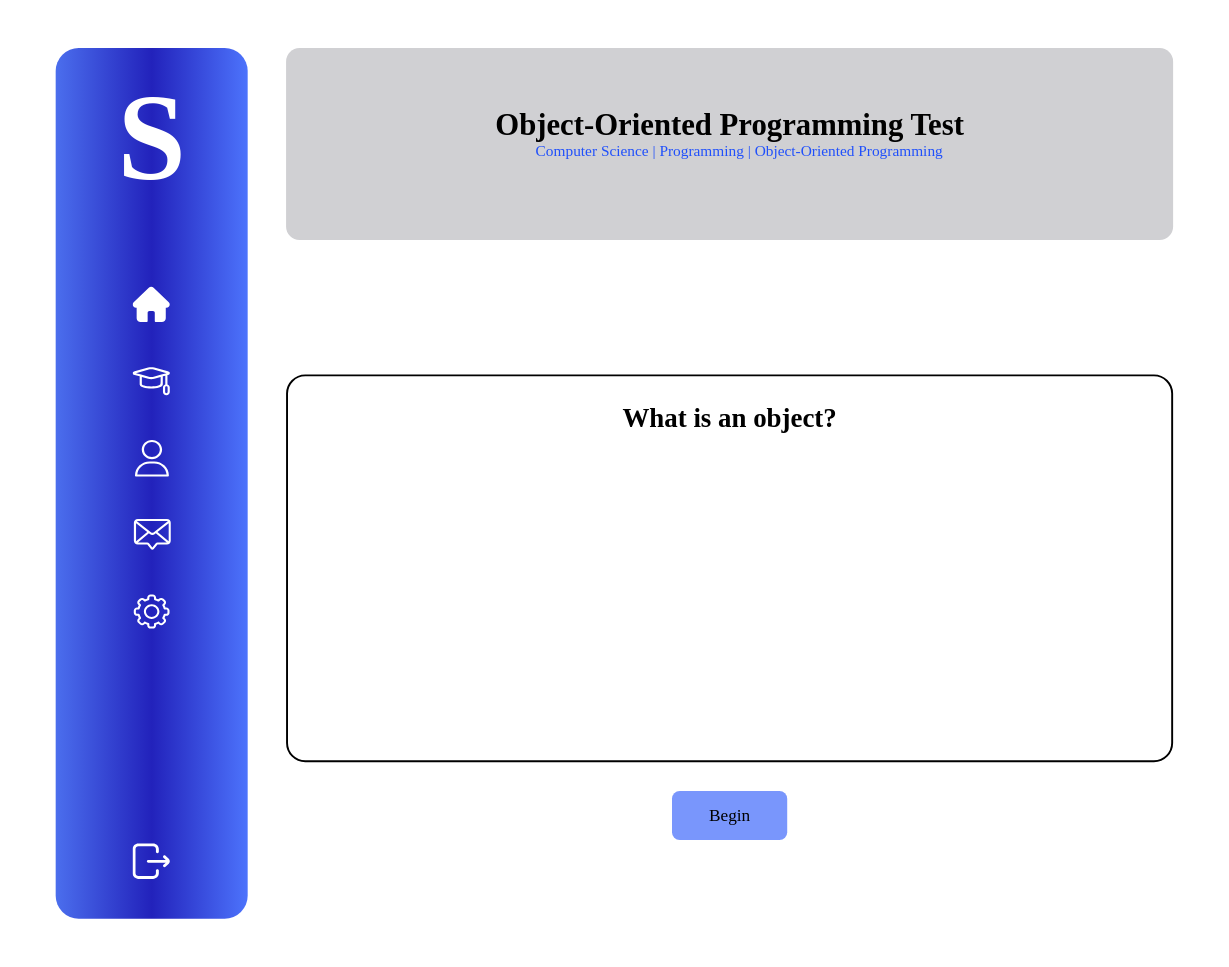
Repository: rafalzacher1/smartify-interface
Page: test.html
The author's editor kept a copy of each file at every save. The page is drawn from the files as they stood at one save, then again after the next save.
The browser window is 1280 px wide. The pictures show the whole page, at 96% of full size.
Some web fonts or font styles are not loaded; a fallback is used.

Above is the page before, as saved 2022-06-30 19:47:49.

### test.html
<!DOCTYPE html>
<html lang="en">

<head>
    <link rel="stylesheet" href="./styles/home.css">
    <link rel="stylesheet" href="./styles/navigation.css">
    <link rel="stylesheet" href="./styles/search.css">
    <link rel="stylesheet" href="./styles/test.css">
    <link rel="stylesheet" href="./styles/question.css">
    <link rel="stylesheet" href="https://cdnjs.cloudflare.com/ajax/libs/font-awesome/4.7.0/css/font-awesome.min.css">
    <link href='https://fonts.googleapis.com/css?family=Baloo Bhai' rel='stylesheet'>
</head>

<body>
    <div id="main-container">
        <div id="navigation-container">
            <h1>S</h1>

            <nav id="navigation-options">
                <svg width="27" height="25" viewBox="0 0 27 25" fill="none" xmlns="http://www.w3.org/2000/svg"
                    onclick="document.location='./index.html'">
                    <path
                        d="M25.5018 10.9867C25.5012 10.9862 25.5006 10.9856 25.5 10.985L14.8668 0.890976C14.4135 0.460518 13.8109 0.223389 13.17 0.223389C12.529 0.223389 11.9264 0.460329 11.473 0.890787L0.845318 10.9797C0.841738 10.9831 0.838158 10.9867 0.834579 10.9901C-0.0961545 11.8788 -0.0945635 13.3206 0.839153 14.207C1.26574 14.6122 1.82915 14.8469 2.43154 14.8714C2.456 14.8737 2.48066 14.8748 2.50552 14.8748H2.92932V22.3034C2.92932 23.7734 4.1892 24.9694 5.73803 24.9694H9.89809C10.3197 24.9694 10.6618 24.6449 10.6618 24.2444V18.4204C10.6618 17.7496 11.2365 17.204 11.9431 17.204H14.3968C15.1034 17.204 15.6782 17.7496 15.6782 18.4204V24.2444C15.6782 24.6449 16.02 24.9694 16.4419 24.9694H20.6019C22.1508 24.9694 23.4106 23.7734 23.4106 22.3034V14.8748H23.8036C24.4444 14.8748 25.047 14.6379 25.5006 14.2074C26.4353 13.3195 26.4357 11.8752 25.5018 10.9867V10.9867Z"
                        fill="white" />
                </svg>

                <svg width="29" height="22" viewBox="0 0 29 22" fill="none" xmlns="http://www.w3.org/2000/svg">
                    <path
                        d="M26.4228 13.5237V6.40629L26.734 6.31764C27.9305 5.97676 28.1816 5.39965 28.1816 4.97552C28.1816 4.55139 27.9304 3.97428 26.734 3.63356L16.4958 0.717713C15.8653 0.538127 15.0388 0.43924 14.1689 0.43924C13.299 0.43924 12.4726 0.538127 11.8419 0.717713L1.60382 3.63356C0.407257 3.97428 0.156067 4.55139 0.156067 4.97557C0.156067 5.3997 0.407202 5.97686 1.60376 6.31769L5.43281 7.4082V13.2841C5.43281 14.0138 5.93239 15.0416 8.31243 15.7947C9.88887 16.2936 11.9687 16.5683 14.1688 16.5683C16.3689 16.5683 18.4487 16.2936 20.0252 15.7947C22.4053 15.0415 22.9049 14.0138 22.9049 13.2841V7.40825L24.7806 6.87402V13.5237C23.7595 13.8501 23.0217 14.767 23.0217 15.8451V19.1846C23.0217 20.5351 24.179 21.6338 25.6017 21.6338C27.0242 21.6338 28.1816 20.5351 28.1816 19.1846V15.8451C28.1817 14.767 27.4439 13.8501 26.4228 13.5237ZM12.3137 2.21089C12.7886 2.07563 13.4647 1.9981 14.1689 1.9981C14.873 1.9981 15.5492 2.07563 16.024 2.21084L25.7315 4.97557L21.8438 6.08282C21.8416 6.08349 21.8394 6.08406 21.8372 6.08474L16.024 7.74036C15.5493 7.87556 14.8731 7.95309 14.169 7.95309C13.4649 7.95309 12.7886 7.87556 12.3138 7.74036L6.50073 6.08474C6.49849 6.08406 6.4963 6.08349 6.49405 6.08282L2.60639 4.97557L12.3137 2.21089ZM21.2629 11.2372C21.2629 13.3846 20.9647 13.8541 19.506 14.3157C18.0926 14.763 16.1971 15.0093 14.1689 15.0093C12.1406 15.0093 10.2452 14.763 8.83178 14.3157C7.37313 13.8541 7.07493 13.3845 7.07493 13.2841V7.87582L11.842 9.23348C12.4726 9.41307 13.299 9.51196 14.1689 9.51196C15.0388 9.51196 15.8652 9.41307 16.4959 9.23348L21.2629 7.87582V11.2372ZM26.5395 19.1845C26.5395 19.6754 26.1188 20.0748 25.6017 20.0748C25.0846 20.0748 24.6639 19.6755 24.6639 19.1845V15.845C24.6639 15.3541 25.0846 14.9546 25.6017 14.9546C26.1189 14.9546 26.5395 15.3541 26.5395 15.845V19.1845Z"
                        fill="white" />
                </svg>

                <svg width="24" height="26" viewBox="0 0 24 26" fill="none" xmlns="http://www.w3.org/2000/svg">
                    <path
                        d="M12.1698 0.827911C8.37379 0.827911 5.28546 3.75975 5.28546 7.36343C5.28546 10.9671 8.37379 13.899 12.1698 13.899C15.9659 13.899 19.0542 10.9671 19.0542 7.36343C19.0542 3.75975 15.9659 0.827911 12.1698 0.827911ZM12.1698 12.4466C9.21735 12.4466 6.81532 10.1663 6.81532 7.36343C6.81532 4.56057 9.21735 2.28025 12.1698 2.28025C15.1223 2.28025 17.5243 4.56057 17.5243 7.36343C17.5243 10.1663 15.1223 12.4466 12.1698 12.4466Z"
                        fill="white" />
                    <path
                        d="M20.7353 18.1686C18.8505 16.3518 16.3519 15.3513 13.6997 15.3513H10.64C7.98784 15.3513 5.48917 16.3518 3.60439 18.1686C1.72883 19.9765 0.695923 22.3628 0.695923 24.8883C0.695923 25.2894 1.03841 25.6145 1.46085 25.6145H22.8789C23.3013 25.6145 23.6438 25.2894 23.6438 24.8883C23.6438 22.3628 22.6109 19.9765 20.7353 18.1686ZM2.25944 24.1621C2.64267 20.043 6.25497 16.8036 10.64 16.8036H13.6997C18.0848 16.8036 21.6971 20.043 22.0803 24.1621H2.25944Z"
                        fill="white" />
                </svg>


                <svg width="27" height="23" viewBox="0 0 27 23" fill="none" xmlns="http://www.w3.org/2000/svg">
                    <path
                        d="M24.1913 0.381134H3.77551C2.23533 0.381134 0.9823 1.57067 0.9823 3.0328V15.7608C0.9823 17.223 2.23533 18.4125 3.77551 18.4125H10.353C10.4332 18.4125 10.5096 18.4491 10.5573 18.5105L12.957 21.5991C13.1975 21.9087 13.5678 22.0872 13.9729 22.089H13.979C14.3819 22.089 14.7514 21.9139 14.9937 21.608L17.4479 18.5087C17.4956 18.4484 17.5715 18.4124 17.6509 18.4124H24.1913C25.7315 18.4124 26.9845 17.2229 26.9845 15.7608V3.03276C26.9845 1.57063 25.7315 0.381134 24.1913 0.381134ZM25.4609 15.7608C25.4609 15.8747 25.4439 15.9848 25.4127 16.0892L17.5863 9.57636L25.4609 3.37251V15.7608ZM24.1913 1.8275C24.4235 1.8275 24.6413 1.88728 24.8287 1.99108L14.7964 9.8948C14.3265 10.265 13.6446 10.265 13.1747 9.8948L3.14064 1.98969C3.32753 1.88675 3.54433 1.8275 3.77551 1.8275H24.1913ZM2.55416 16.0892C2.52293 15.9848 2.50587 15.8747 2.50587 15.7608V3.36913L10.3826 9.57457L2.55416 16.0892ZM16.2301 17.6396L13.9808 20.4801L11.7834 17.6519C11.4498 17.2225 10.915 16.9661 10.3529 16.9661H3.81172L11.5698 10.5099L12.2017 11.0078C12.7186 11.415 13.3519 11.6185 13.9855 11.6185C14.6189 11.6185 15.2525 11.4148 15.7693 11.0078L16.399 10.5117L24.155 16.9661H17.6509C17.0952 16.9661 16.5641 17.2178 16.2301 17.6396Z"
                        fill="white" />
                </svg>

                <svg width="28" height="25" viewBox="0 0 28 25" fill="none" xmlns="http://www.w3.org/2000/svg">
                    <path
                        d="M14.8013 24.9227H13.1654C11.8422 24.9227 10.7657 23.9008 10.7657 22.6447V22.1193C10.2032 21.9486 9.65665 21.7333 9.13159 21.4753L8.73937 21.8477C7.7894 22.7506 6.2677 22.7241 5.34533 21.8473L4.18907 20.7497C3.26507 19.8735 3.23849 18.4294 4.18937 17.5277L4.58129 17.1556C4.30958 16.6571 4.08276 16.1384 3.90299 15.6043H3.34958C2.02648 15.6043 0.949951 14.5823 0.949951 13.3262V11.7731C0.949951 10.517 2.02648 9.4951 3.34963 9.4951H3.90304C4.08281 8.96103 4.30963 8.44223 4.58134 7.94378L4.18912 7.57148C3.2388 6.67028 3.26502 5.22602 4.18942 4.34942L5.34579 3.2517C6.2703 2.37283 7.79164 2.35089 8.73978 3.25199L9.13165 3.624C9.6567 3.3661 10.2032 3.15073 10.7658 2.98007V2.4547C10.7658 1.1986 11.8422 0.176666 13.1654 0.176666H14.8014C16.1245 0.176666 17.201 1.1986 17.201 2.4547V2.98012C17.7636 3.15073 18.3101 3.3661 18.8351 3.62405L19.2274 3.2517C20.1773 2.34876 21.699 2.37525 22.6214 3.25204L23.7777 4.34966C24.7017 5.22587 24.7283 6.66999 23.7774 7.57172L23.3854 7.94378C23.6572 8.44223 23.884 8.96098 24.0637 9.4951H24.6172C25.9403 9.4951 27.0168 10.517 27.0168 11.7731V13.3262C27.0168 14.5823 25.9403 15.6043 24.6172 15.6043H24.0637C23.884 16.1383 23.6572 16.6571 23.3854 17.1556L23.7777 17.5279C24.728 18.4291 24.7018 19.8734 23.7774 20.75L22.621 21.8477C21.6965 22.7266 20.1751 22.7485 19.227 21.8474L18.8351 21.4754C18.3101 21.7333 17.7636 21.9487 17.201 22.1193V22.6448C17.201 23.9008 16.1245 24.9227 14.8013 24.9227V24.9227ZM9.38692 19.9527C10.1163 20.3622 10.9014 20.6716 11.7203 20.8722C12.0575 20.9548 12.2931 21.2436 12.2931 21.5742V22.6447C12.2931 23.1013 12.6845 23.4727 13.1654 23.4727H14.8014C15.2824 23.4727 15.6737 23.1013 15.6737 22.6447V21.5742C15.6737 21.2436 15.9093 20.9548 16.2466 20.8722C17.0655 20.6716 17.8505 20.3622 18.5799 19.9527C18.8801 19.7842 19.2621 19.8301 19.5087 20.0641L20.3074 20.8224C20.6518 21.1497 21.2048 21.1421 21.5407 20.8227L22.6978 19.7243C23.0329 19.4066 23.0441 18.8815 22.6981 18.5535L21.899 17.7949C21.6525 17.5609 21.6042 17.1981 21.7817 16.9133C22.213 16.2208 22.5389 15.4756 22.7502 14.6981C22.8373 14.378 23.1414 14.1544 23.4897 14.1544H24.6172C25.0982 14.1544 25.4895 13.7829 25.4895 13.3263V11.7732C25.4895 11.3166 25.0982 10.9451 24.6172 10.9451H23.4897C23.1414 10.9451 22.8373 10.7214 22.7502 10.4013C22.5389 9.6239 22.213 8.87862 21.7817 8.18622C21.6042 7.90135 21.6525 7.53857 21.899 7.30454L22.6978 6.54626C23.0431 6.21886 23.0341 5.69397 22.6981 5.37541L21.5411 4.27707C21.2058 3.95827 20.6527 3.94894 20.3078 4.27678L19.5088 5.03535C19.2622 5.26942 18.88 5.31524 18.58 5.14675C17.8506 4.73724 17.0655 4.42786 16.2466 4.22724C15.9094 4.14464 15.6738 3.8559 15.6738 3.52526V2.4547C15.6738 1.99811 15.2824 1.62663 14.8014 1.62663H13.1655C12.6845 1.62663 12.2932 1.99811 12.2932 2.4547V3.52516C12.2932 3.8558 12.0576 4.14454 11.7203 4.22714C10.9014 4.42777 10.1164 4.73714 9.38697 5.14666C9.08679 5.3151 8.7047 5.26928 8.45818 5.03525L7.65948 4.27697C7.31511 3.94966 6.76205 3.95725 6.42619 4.27663L5.26911 5.37503C4.93401 5.69276 4.92281 6.21779 5.26881 6.54587L6.06787 7.30445C6.31438 7.53847 6.36265 7.90125 6.18522 8.18612C5.75385 8.87852 5.42801 9.62381 5.21667 10.4012C5.12961 10.7214 4.82547 10.945 4.47723 10.945H3.34963C2.86867 10.9451 2.47731 11.3165 2.47731 11.7731V13.3262C2.47731 13.7828 2.86867 14.1543 3.34963 14.1543H4.47718C4.82547 14.1543 5.12956 14.378 5.21662 14.6981C5.42796 15.4755 5.75385 16.2208 6.18517 16.9132C6.3626 17.1981 6.31433 17.5609 6.06782 17.7949L5.26906 18.5532C4.92378 18.8806 4.93279 19.4055 5.26876 19.724L6.42573 20.8224C6.76109 21.1412 7.31419 21.1505 7.65907 20.8226L8.45808 20.0641C8.63974 19.8917 9.01765 19.7454 9.38692 19.9527V19.9527Z"
                        fill="white" />
                    <path
                        d="M13.9834 17.9339C10.856 17.9339 8.31177 15.5185 8.31177 12.5497C8.31177 9.58082 10.856 7.16547 13.9834 7.16547C17.1107 7.16547 19.6549 9.58082 19.6549 12.5497C19.6549 15.5185 17.1107 17.9339 13.9834 17.9339ZM13.9834 8.61543C11.6982 8.61543 9.83912 10.3803 9.83912 12.5497C9.83912 14.719 11.6982 16.4839 13.9834 16.4839C16.2685 16.4839 18.1276 14.719 18.1276 12.5497C18.1276 10.3803 16.2685 8.61543 13.9834 8.61543Z"
                        fill="white" />
                </svg>


                <svg id="logout" width="27" height="26" viewBox="0 0 27 26" fill="none"
                    xmlns="http://www.w3.org/2000/svg">
                    <path
                        d="M18.5379 19.6672V21.6084C18.5379 23.7492 16.7034 25.4907 14.4484 25.4907H4.1734C1.91837 25.4907 0.0838623 23.7492 0.0838623 21.6084V4.52618C0.0838623 2.38541 1.91837 0.64386 4.1734 0.64386H14.4484C16.7034 0.64386 18.5379 2.38541 18.5379 4.52618V6.46734C18.5379 7.00343 18.0802 7.43792 17.5155 7.43792C16.9508 7.43792 16.4932 7.00343 16.4932 6.46734V4.52618C16.4932 3.45589 15.5758 2.58502 14.4484 2.58502H4.1734C3.04598 2.58502 2.12863 3.45589 2.12863 4.52618V21.6084C2.12863 22.6787 3.04598 23.5495 4.1734 23.5495H14.4484C15.5758 23.5495 16.4932 22.6787 16.4932 21.6084V19.6672C16.4932 19.1311 16.9508 18.6966 17.5155 18.6966C18.0802 18.6966 18.5379 19.1311 18.5379 19.6672ZM25.5083 11.4L23.2189 9.22667C22.8196 8.84753 22.1722 8.84753 21.773 9.22667C21.3736 9.60561 21.3736 10.2202 21.773 10.5991L23.4014 12.1452H11.1256C10.5609 12.1452 10.1032 12.5797 10.1032 13.1158C10.1032 13.6519 10.5609 14.0864 11.1256 14.0864H23.4014L21.773 15.6325C21.3736 16.0114 21.3736 16.626 21.773 17.005C21.9727 17.1945 22.2343 17.2893 22.4959 17.2893C22.7577 17.2893 23.0192 17.1945 23.2189 17.005L25.5083 14.8316C26.5049 13.8854 26.5049 12.3462 25.5083 11.4Z"
                        fill="white" />
                </svg>
            </nav>
        </div>

        <div id="test-container">
            <div id="test-container-header">
                <h1>Object-Oriented Programming Test</h1>
                <p>Computer Science | Programming | Object-Oriented Programming</p>
            </div>
        </div>

        <div id="question-container">
            <!-- <template class="initial"> -->
                <div id="initial">
                    <h3>What is an object?</h3>
                </div>
            <!-- </template> -->

            <template class="question">
                <div id="progress">
                    <progress id="questions" value="32" max="100"> 32% </progress>
                </div>

                <div id="question">
                    <h3>What is an object?</h3>

                    <textarea name="question" type="text"></textarea>
                </div>
            </template>

            <div id="progress-container">
                <button id="question-button" class="question-option"
                    onclick="document.location='./topic.html'">Begin</button>
            </div>
        </div>
    </div>
</body>

</html>

<!-- Answer -->
<!--
    An object is a single instance of a class; it is created by invoking the constructors of the class. Class exists in source temporal scope and objects exist in run-time temporal scope.
 -->
<!-- https://www.grin.com/document/423537 -->

### styles/home.css
#main-container {
    display: grid;
    grid-template-columns: 2fr 8fr 4fr;
    grid-template-rows: 200px 200px 200px;
    gap: 40px;
    margin: 50px;
}

### styles/navigation.css
#navigation-container {
  font-family: "Baloo Bhai";
  font-size: 26px;
  background: rgb(32, 80, 251);
  background: linear-gradient(
    90deg,
    rgba(30, 74, 233, 0.8) 0%,
    rgba(10, 10, 180, 0.9) 50%,
    rgba(32, 80, 251, 0.8) 100%
  );
  border-radius: 24px;
  width: 200px;
  height: 100%;
  text-align: center;
  display: inline-block;
  grid-column: 1;
  grid-row: 1 / 5;
}

#navigation-container h1 {
  font-family: "Baloo Bhai";
  font-size: 128px;
  color: #ffffff;
  margin: 0;
  padding-top: 20px;
  padding-bottom: 60px;
}

#navigation-options svg {
  margin-left: auto;
  margin-right: auto;
  display: block;
  padding: 20px;
  height: 40px;
  width: 40px;
}

#navigation-options svg:hover {
  opacity: 0.4;
  cursor: pointer;
}

#logout {
  margin-top: 180px;
  margin-bottom: 20px;
}

### styles/search.css
#search-container {
  grid-column: 3;
  grid-row: 1;
}

#search-container h2 {
  font-family: "Baloo Bhai";
  font-size: 16px;
}

form.example input[type="text"] {
  padding: 10px;
  font-size: 17px;
  border: 1px solid grey;
  float: left;
  width: 70%;
  background: #f1f1f1;
  border-radius: 15px 0 0 15px;
  font-family: "Baloo Bhai";
  font-size: 32px;
}

form.example button {
  float: left;
  width: 20%;
  padding: 10px;
  background: #2050fb;
  opacity: 0.6;
  color: white;
  font-size: 17px;
  border: 1px solid grey;
  border-left: none;
  cursor: pointer;
  border-radius: 0 15px 15px 0;
  font-family: "Baloo Bhai";
  font-size: 32px;
  box-sizing: border-box;
}

form.example button:hover {
  opacity: 1;
}

form.example::after {
  content: "";
  clear: both;
  display: table;
}

### styles/test.css
#test-container {
  grid-column: 2 / 4;
  grid-row: 1;
  background-color: #d0d0d3;
  border-radius: 14px;
}

#test-container h1 {
  font-family: "Baloo Bhai";
  font-size: 32px;
  margin-bottom: 0;
}

#test-container p {
  color: #2050fb;
  font-family: "Baloo Bhai";
  font-size: 16px;
  margin-top: 0;
  padding-left: 20px;
}

#test-container-header {
  text-align: center;
  margin-top: 62px;
  margin-bottom: 62px;
}

### styles/question.css
#question-container {
  grid-column: 2 / 4;
  grid-row: 2 / 5;
}

#progress {
  width: 80%;
  margin-left: auto;
  margin-right: auto;
}

.question-option,
input[type="submit"],
input[type="reset"] {
  background: none;
  color: inherit;
  border: none;
  padding: 0;
  font: inherit;
  cursor: pointer;
  outline: inherit;
  width: 30%;
  font-family: "Baloo Bhai";
  font-size: 18px;
}

#question {
    margin-top: 100px;
    height: 400px;
    border: 2px solid #000000;
    border-radius: 20px;
}

#initial h3,
#question h3 {
    text-align: center;
    font-family: "Baloo Bhai";
    font-size: 28px;
}

#question textarea {
    margin: 0 60px 0 60px;
    padding: 10px;
    width: 80%;
    height: 200px;
    font-family: "Baloo Bhai";
    font-size: 16px;
}

#initial {
    margin-top: 100px;
    height: 400px;
    border: 2px solid #000000;
    border-radius: 20px;
}

#progress-container {
    text-align: center;
}

#question-button {
  width: 120px;
  margin: 30px 20px;
  border-radius: 8px;
  padding: 15px;
  background-color: rgba(32, 80, 251, 0.6);
}

#question-button:hover {
  background-color: rgba(32, 80, 251, 1);
}

#questions {
  width: 100%;
  height: 50px;
}

After the next save:
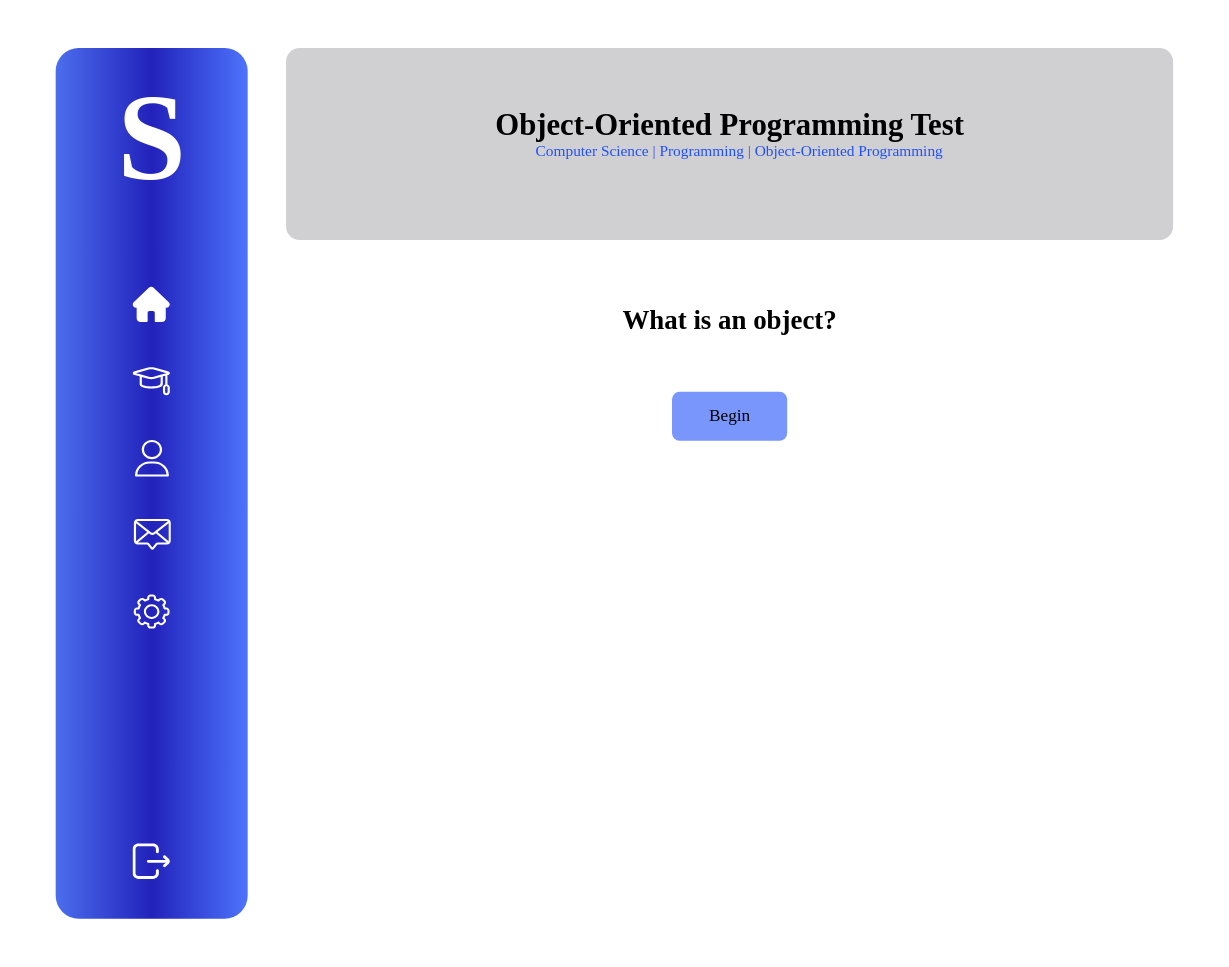
Saved 6 s later.
--- a/styles/question.css
+++ b/styles/question.css
@@ -47,13 +47,6 @@ input[type="reset"] {
     font-size: 16px;
 }
 
-#initial {
-    margin-top: 100px;
-    height: 400px;
-    border: 2px solid #000000;
-    border-radius: 20px;
-}
-
 #progress-container {
     text-align: center;
 }

After the save that followed:
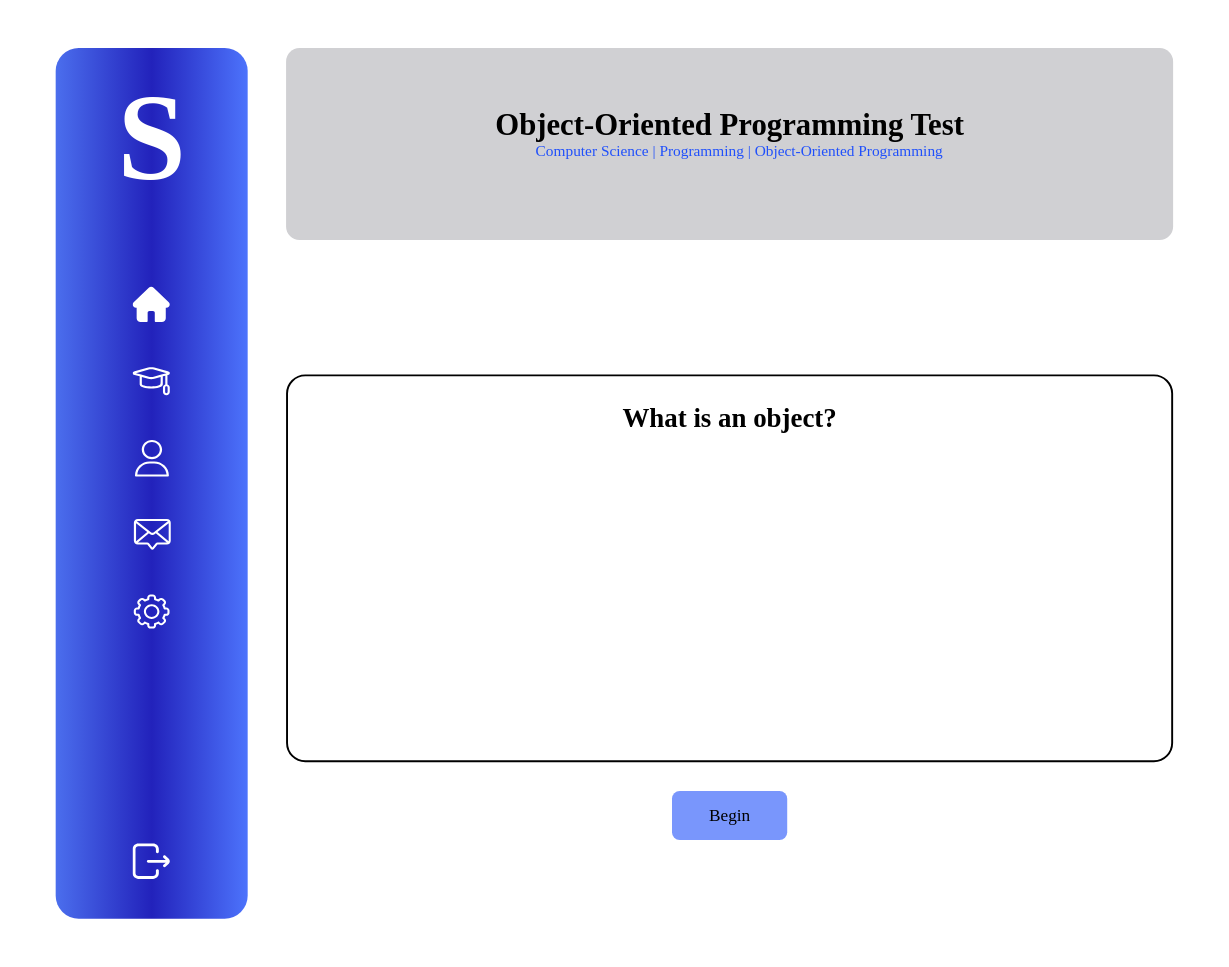
Saved 4 s later.
--- a/styles/question.css
+++ b/styles/question.css
@@ -24,6 +24,7 @@ input[type="reset"] {
   font-size: 18px;
 }
 
+#initial,
 #question {
     margin-top: 100px;
     height: 400px;
